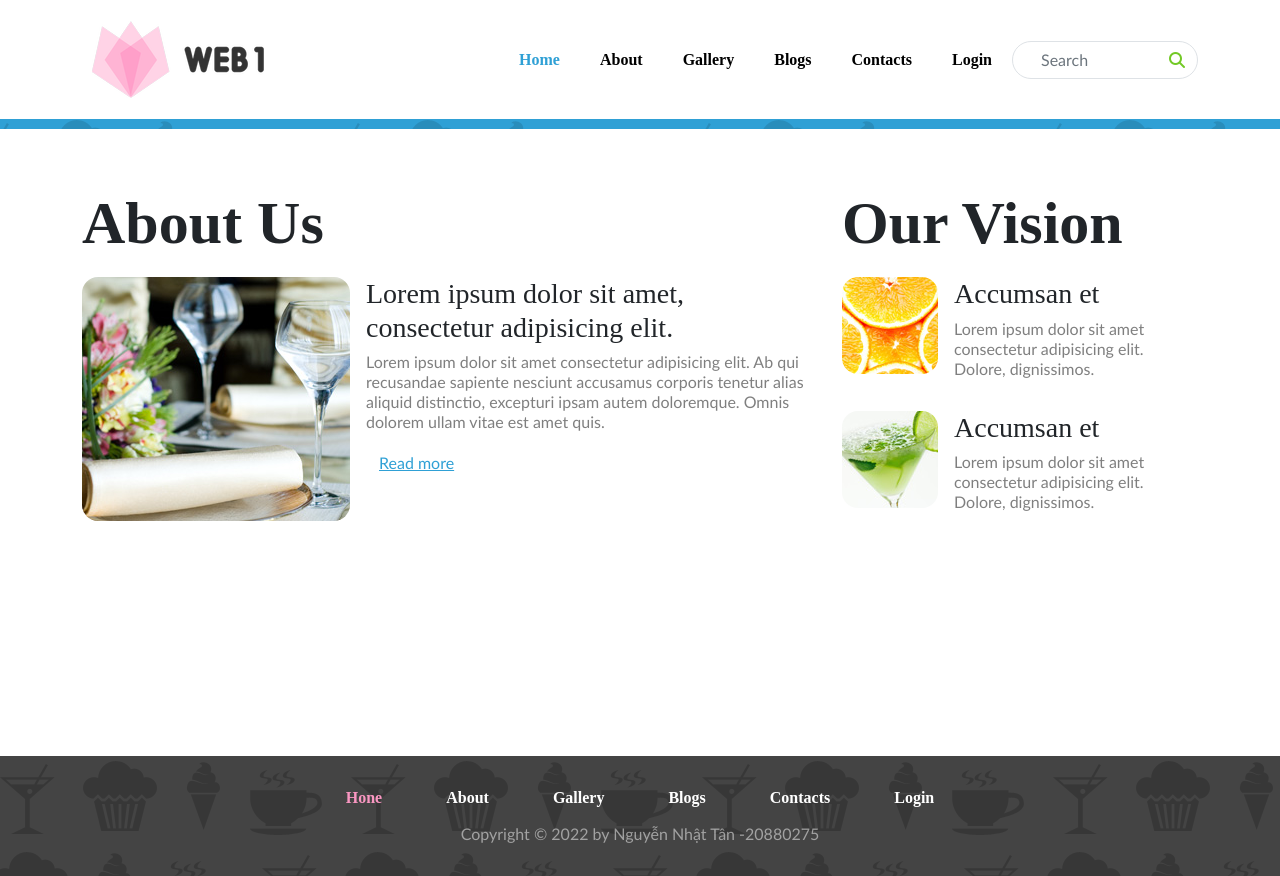
Repository: carembanhkem/web1-20880275
Page: about.html
The author's editor kept a copy of each file at every save. The page is drawn from the files as they stood at one save, then again after a run of saves.
The browser window is 1280 px wide. The pictures show the whole page.
Some web fonts or font styles are not loaded; a fallback is used. Some web libraries are served in a nearby version.

Above is the page before, as saved 2023-02-06 11:29:46.
Console error: ReferenceError: bootstrap is not defined

After the next 4 saves:
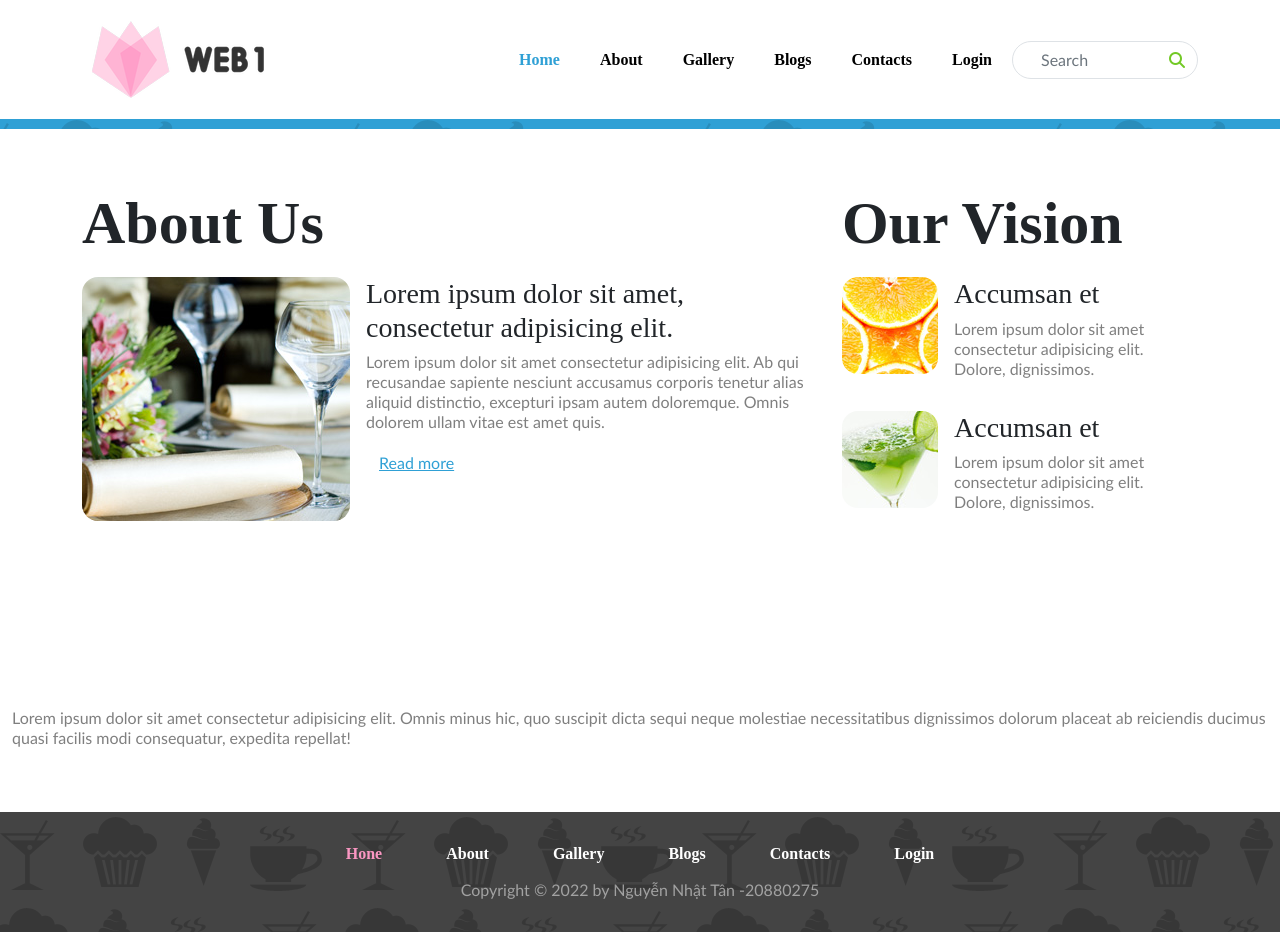
The 4 saves are shown as one change because they came seconds apart.
The last was saved 107 s later.
--- a/about.html
+++ b/about.html
@@ -92,6 +92,7 @@
         <h1 class="text-white">Testimonials</h1>
         <div class="row">
             <div class="col">
+                <p class="text-black-50">Lorem ipsum dolor sit amet consectetur adipisicing elit. Omnis minus hic, quo suscipit dicta sequi neque molestiae necessitatibus dignissimos dolorum placeat ab reiciendis ducimus quasi facilis modi consequatur, expedita repellat!</p>
 
             </div>
         </div>
